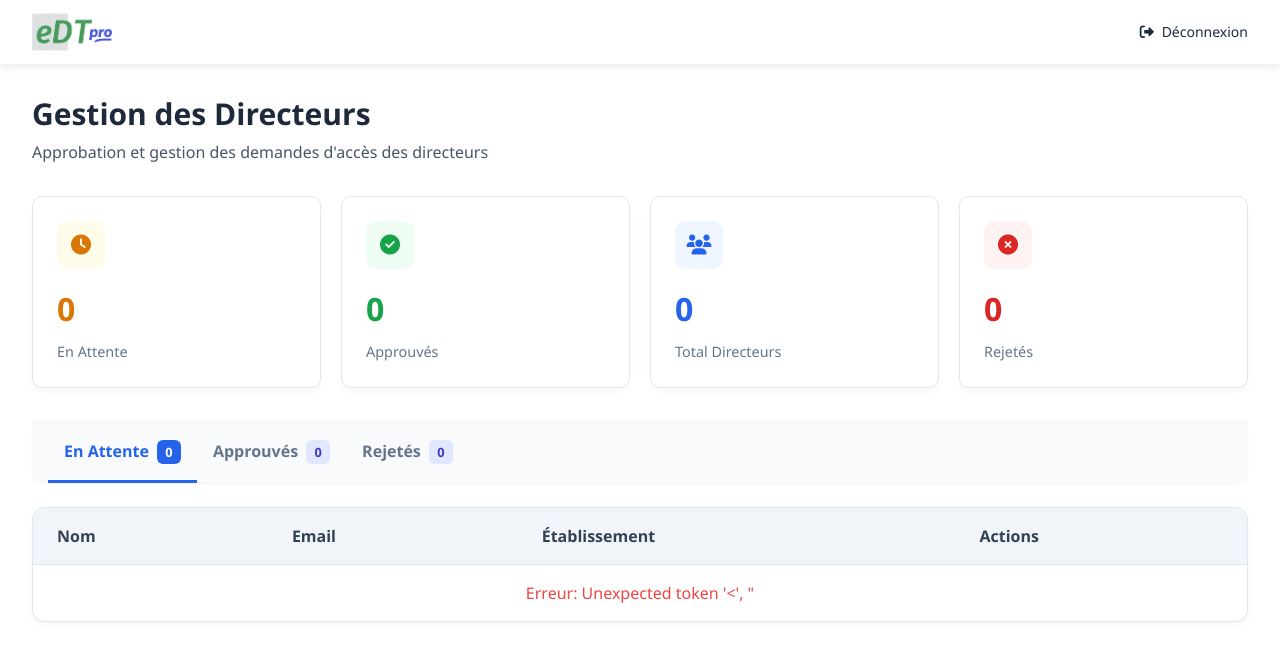
Repository: Mouad-git/edtpro
Page: gestion_edt/public/admin_dashboard.html
These files come from the project's save history. The page is drawn as it stood at one moment and after the next save; the edit follows.
The browser window is 1280 px wide. The pictures show the whole page.
Some web libraries are served in a nearby version.

Above is the page before, as saved 2025-08-08 18:35:47.

### gestion_edt/public/admin_dashboard.html
<!DOCTYPE html>
<html lang="fr">
<head>
    <meta charset="UTF-8">
    <meta name="viewport" content="width=device-width, initial-scale=1.0">
    <title>Tableau de Bord Administrateur</title>
    <script src="https://cdn.tailwindcss.com"></script>
    <link rel="stylesheet" href="https://cdnjs.cloudflare.com/ajax/libs/font-awesome/6.4.0/css/all.min.css"/>
    <style>
        :root {
            --primary: #2563eb; --primary-light: #dbeafe; --secondary: #64748b;
            --success: #16a34a; --danger: #dc2626; --warning: #d97706; --background: #f8fafc;
        }
        body { background-color: white; font-family: 'Segoe UI', system-ui, sans-serif; color: #1e293b; }

        .tabs-container { background-color: #f8fafc; padding: 0 1rem; }
        .tab-button {
            padding: 1rem; font-weight: 600; color: #64748b;
            border-bottom: 3px solid transparent; transition: all 0.2s ease;
            position: relative; background: none; border-top: 3px solid transparent;
            border-left: none; border-right: none; cursor: pointer; font-size: 1rem;
        }
        .tab-button:hover { color: var(--primary); background-color: #f1f5f9; }
        .tab-button.active { color: var(--primary); border-bottom-color: var(--primary); }
        .tab-button .badge {
            background: #e0e7ff; color: #4338ca; border-radius: 6px;
            width: auto; min-width: 24px; height: 24px; padding: 0 6px;
            font-size: 0.8rem; display: inline-flex; align-items: center; justify-content: center;
            margin-left: 8px;
        }
        .tab-button.active .badge { background-color: var(--primary); color: white; }

        .tab-content { display: none; }
        .tab-content.active { display: block; animation: fadeIn 0.4s ease; }
        @keyframes fadeIn { from { opacity: 0; transform: translateY(10px); } to { opacity: 1; transform: translateY(0); } }

        .card { background: white; border-radius: 12px; box-shadow: 0 4px 6px rgba(0, 0, 0, 0.03); overflow: hidden; border: 1px solid #e2e8f0; }
        .table { width: 100%; border-collapse: separate; border-spacing: 0; }
        .table th { background-color: #f1f5f9; color: #334155; font-weight: 600; padding: 1rem 1.5rem; text-align: left; border-bottom: 1px solid #e2e8f0; }
        .table td { padding: 1rem 1.5rem; border-bottom: 1px solid #e2e8f0; }
        .table tr:last-child td { border-bottom: none; }
        .table tr:hover { background-color: #f8fafc; }

        .btn { padding: 0.5rem 1rem; border-radius: 6px; font-weight: 500; font-size: 0.875rem; display: inline-flex; align-items: center; gap: 0.3rem; cursor: pointer; border: 1px solid transparent; transition: all 0.2s; }
        .btn-success { background-color: var(--success); color: white; }
        .btn-success:hover { background-color: #15803d; }
        .btn-danger { background-color: var(--danger); color: white; }
        .btn-danger:hover { background-color: #b91c1c; }
        .btn-outline { background-color: transparent; border: 1px solid #cbd5e1; color: #475569; }
        .btn-outline:hover { background-color: #f1f5f9; border-color: #94a3b8; }

        .status-badge { display: inline-flex; align-items: center; padding: 0.25rem 0.75rem; border-radius: 20px; font-size: 0.75rem; font-weight: 500; }
        .badge-approved { background-color: #dcfce7; color: #166534; }

        .header-gradient { background: linear-gradient(135deg, #0f172a, #1e40af); color: white; }
        .empty-state { padding: 3rem; text-align: center; color: #94a3b8; }
        .empty-state i { font-size: 3rem; margin-bottom: 1rem; color: #e2e8f0; }

        .stats-card { background: white; border-radius: 10px; padding: 1.5rem; box-shadow: 0 4px 6px rgba(0, 0, 0, 0.03); border: 1px solid #e2e8f0; }
        .stats-card .value { font-size: 2rem; font-weight: 700; margin-bottom: 0.5rem; }
        .stats-card .title { color: #64748b; font-size: 0.9rem; }
        .stats-card .icon { width: 48px; height: 48px; border-radius: 10px; display: flex; align-items: center; justify-content: center; margin-bottom: 1rem; }
        .pending .icon { background: #fffbeb; color: #d97706; }
        .approved .icon { background: #f0fdf4; color: #16a34a; }
        .rejected .icon { background: #fef2f2; color: #dc2626; }

        nav{
            box-shadow: 0 2px 10px rgba(0, 0, 0, 0.1);
        }

        .logout-btn {
            background: linear-gradient(135deg, #ef4444, #dc2626);
            color: white;
            padding: 0.75rem 1.5rem;
            border-radius: 8px;
            font-weight: 600;
            text-decoration: none;
            display: inline-flex;
            align-items: center;
            gap: 0.5rem;
            transition: all 0.3s ease;
            box-shadow: 0 4px 6px rgba(239, 68, 68, 0.2);
            border: 1px solid transparent;
        }

        .logout-btn:hover {
            background: linear-gradient(135deg, #dc2626, #b91c1c);
            transform: translateY(-2px);
            box-shadow: 0 6px 12px rgba(239, 68, 68, 0.3);
            color: white;
            text-decoration: none;
        }

        .logout-btn:active {
            transform: translateY(0);
            box-shadow: 0 2px 4px rgba(239, 68, 68, 0.2);
        }

        .logout-btn i {
            font-size: 1rem;
            transition: transform 0.3s ease;
        }

        .logout-btn:hover i {
            transform: translateX(2px);
        }
    </style>
</head>
<body>
    <nav>
        <div class="max-w-7xl mx-auto px-4 sm:px-6 lg:px-8">
            <div class="flex justify-between items-center h-16">
                <img src="assets/images/logo_edtpro.png" style="height: 80px; width: auto;" id="logo" alt="Logo">
                <div><a href="../api/auth/logout.php" class="flex items-center text-sm font-medium text-black-100 hover:text-red-500 transition"><i class="fas fa-sign-out-alt mr-2"></i>Déconnexion</a></div>
            </div>
        </div>
    </nav>

    <div class="max-w-7xl mx-auto p-4 sm:p-6 lg:p-8">
        <div class="mb-8"><h1 class="text-2xl md:text-3xl font-bold text-slate-800">Gestion des Directeurs</h1><p class="text-slate-600 mt-2">Approbation et gestion des demandes d'accès des directeurs</p></div>

        <div class="grid grid-cols-1 md:grid-cols-2 lg:grid-cols-4 gap-5 mb-8">
            <div class="stats-card pending"><div class="icon"><i class="fas fa-clock text-xl"></i></div><div id="stat-pending" class="value text-amber-600">0</div><div class="title">En Attente</div></div>
            <div class="stats-card approved"><div class="icon"><i class="fas fa-check-circle text-xl"></i></div><div id="stat-approved" class="value text-green-600">0</div><div class="title">Approuvés</div></div>
            <div class="stats-card"><div class="icon bg-blue-50 text-blue-600"><i class="fas fa-users text-xl"></i></div><div id="stat-total" class="value text-blue-600">0</div><div class="title">Total Directeurs</div></div>
            <div class="stats-card rejected"><div class="icon"><i class="fas fa-times-circle text-xl"></i></div><div id="stat-rejected" class="value text-red-600">0</div><div class="title">Rejetés</div></div>
        </div>

        <div class="bg-white rounded-xl shadow-sm mb-6">
            <div class="tabs-container flex overflow-x-auto" id="admin-tabs">
                <button class="tab-button active" data-target="panel-pending">En Attente<span id="badge-pending" class="badge">0</span></button>
                <button class="tab-button" data-target="panel-approved">Approuvés<span id="badge-approved" class="badge">0</span></button>
                <button class="tab-button" data-target="panel-rejected">Rejetés<span id="badge-rejected" class="badge">0</span></button>
            </div>
        </div>

        <div>
            <div id="panel-pending" class="tab-content active">
                <div class="card"><div class="overflow-x-auto"><table class="table">
                    <thead><tr><th>Nom</th><th>Email</th><th>Établissement</th><th class="text-center">Actions</th></tr></thead>
                    <tbody id="pending-users-table"></tbody>
                </table></div></div>
            </div>
            <div id="panel-approved" class="tab-content">
                <div class="card"><div class="overflow-x-auto"><table class="table">
                    <thead><tr><th>Nom</th><th>Email</th><th>Établissement</th><th class="text-center">Statut</th></tr></thead>
                    <tbody id="approved-users-table"></tbody>
                </table></div></div>
            </div>
            <div id="panel-rejected" class="tab-content">
                <div class="card"><div class="overflow-x-auto"><table class="table">
                    <thead><tr><th>Nom</th><th>Email</th><th>Établissement</th><th class="text-center">Actions</th></tr></thead>
                    <tbody id="rejected-users-table"></tbody>
                </table></div></div>
            </div>
        </div>
    </div>

    <script>
        document.addEventListener('DOMContentLoaded', checkAdminSession);

        async function checkAdminSession() {
            try {
                const response = await fetch('../api/auth/verify_admin_session.php');
                if (!response.ok) { window.location.href = 'login.html'; return; }
                loadAllUsers();
                setupTabNavigation();
            } catch (error) { window.location.href = 'login.html'; }
        }

        async function loadAllUsers() {
            const tables = {
                pending: document.getElementById('pending-users-table'),
                approved: document.getElementById('approved-users-table'),
                rejected: document.getElementById('rejected-users-table'),
            };
            const loadingRow = (cols) => `<tr><td colspan="${cols}" class="px-6 py-4 text-center">Chargement...</td></tr>`;
            tables.pending.innerHTML = loadingRow(4);
            tables.approved.innerHTML = loadingRow(4);
            tables.rejected.innerHTML = loadingRow(4);

            try {
                const response = await fetch('../api/admin/get_all_users.php');
                const result = await response.json();

                if (result.success) {
                    const pending = result.data.filter(u => u.status === 'pending');
                    const approved = result.data.filter(u => u.status === 'approved');
                    const rejected = result.data.filter(u => u.status === 'rejected');

                    updateStatsAndBadges(pending, approved, rejected);
                    renderPendingTable(pending);
                    renderApprovedTable(approved);
                    renderRejectedTable(rejected);
                } else { throw new Error(result.message); }
            } catch (error) {
                const errorRow = `<tr><td colspan="4" class="px-6 py-4 text-center text-red-500">Erreur: ${error.message}</td></tr>`;
                Object.values(tables).forEach(t => t.innerHTML = errorRow);
            }
        }

        function updateStatsAndBadges(pending, approved, rejected) {
            document.getElementById('stat-pending').textContent = pending.length;
            document.getElementById('stat-approved').textContent = approved.length;
            document.getElementById('stat-rejected').textContent = rejected.length;
            document.getElementById('stat-total').textContent = pending.length + approved.length + rejected.length;

            document.getElementById('badge-pending').textContent = pending.length;
            document.getElementById('badge-approved').textContent = approved.length;
            document.getElementById('badge-rejected').textContent = rejected.length;
        }

        function renderPendingTable(users) {
            const tableBody = document.getElementById('pending-users-table');
            if (users.length === 0) { tableBody.innerHTML = '<tr><td colspan="4" class="empty-state"><i class="fas fa-inbox"></i><p>Aucune demande en attente.</p></td></tr>'; return; }
            tableBody.innerHTML = '';
            users.forEach(user => {
                const row = `
                    <tr class="hover:bg-gray-50">
                        <td class="font-medium">${user.nom_complet}</td><td>${user.email}</td><td>${user.nom_etablissement}</td>
                        <td class="text-center"><div class="flex justify-center space-x-2">
                            <button onclick="updateUserStatus(${user.id}, 'approved')" class="btn btn-success"><i class="fas fa-check mr-1"></i>Approuver</button>
                            <button onclick="updateUserStatus(${user.id}, 'rejected')" class="btn btn-danger"><i class="fas fa-times mr-1"></i>Rejeter</button>
                        </div></td>
                    </tr>`;
                tableBody.innerHTML += row;
            });
        }

        function renderApprovedTable(users) {
             const tableBody = document.getElementById('approved-users-table');
             if (users.length === 0) { tableBody.innerHTML = '<tr><td colspan="4" class="empty-state"><i class="fas fa-user-check"></i><p>Aucun directeur approuvé.</p></td></tr>'; return; }
             tableBody.innerHTML = '';
             users.forEach(user => {
                const row = `
                    <tr>
                        <td class="font-medium">${user.nom_complet}</td><td>${user.email}</td><td>${user.nom_etablissement}</td>
                        <td class="text-center"><span class="status-badge badge-approved"><i class="fas fa-check-circle mr-1"></i>Approuvé</span></td>
                    </tr>`;
                tableBody.innerHTML += row;
             });
        }

        function renderRejectedTable(users) {
            const tableBody = document.getElementById('rejected-users-table');
            if (users.length === 0) { tableBody.innerHTML = '<tr><td colspan="4" class="empty-state"><i class="fas fa-user-times"></i><p>Aucune inscription rejetée.</p></td></tr>'; return; }
            tableBody.innerHTML = '';
            users.forEach(user => {
                const row = `
                     <tr>
                        <td class="font-medium">${user.nom_complet}</td><td>${user.email}</td><td>${user.nom_etablissement}</td>
                        <td class="text-center"><div class="flex justify-center space-x-2">
                            <button onclick="updateUserStatus(${user.id}, 'approved')" class="btn btn-success"><i class="fas fa-redo-alt mr-1"></i>Ré-approuver</button>
                            <button onclick="updateUserStatus(${user.id}, 'deleted')" class="btn btn-outline"><i class="fas fa-trash-alt mr-1"></i>Supprimer</button>
                        </div></td>
                    </tr>`;
                tableBody.innerHTML += row;
            });
        }

        async function updateUserStatus(userId, status) {
            const actions = { 'approved': 'approuver', 'rejected': 'rejeter', 'deleted': 'supprimer définitivement' };
            if (!confirm(`Êtes-vous sûr de vouloir ${actions[status]} cet utilisateur ?`)) return;
            try {
                const response = await fetch('../api/admin/update_user_status.php', {
                    method: 'POST',
                    headers: { 'Content-Type': 'application/json' },
                    body: JSON.stringify({ user_id: userId, new_status: status })
                });
                const result = await response.json();
                if (result.success) {
                    alert(`Utilisateur ${status === 'deleted' ? 'supprimé' : actions[status]} avec succès.`);
                    loadAllUsers();
                } else {
                    alert("Erreur: " + (result.message || "Impossible de mettre à jour le statut."));
                }
            } catch (error) { alert("Une erreur de communication est survenue."); }
        }

        function setupTabNavigation() {
            const tabsContainer = document.getElementById('admin-tabs');
            tabsContainer.addEventListener('click', (e) => {
                const targetButton = e.target.closest('.tab-button');
                if (targetButton) {
                    tabsContainer.querySelectorAll('.tab-button').forEach(btn => btn.classList.remove('active'));
                    targetButton.classList.add('active');
                    const targetId = targetButton.dataset.target;
                    document.querySelectorAll('.tab-content').forEach(panel => {
                        panel.classList.toggle('active', panel.id === targetId);
                    });
                }
            });
        }
    </script>
</body>
</html>

After the next save:
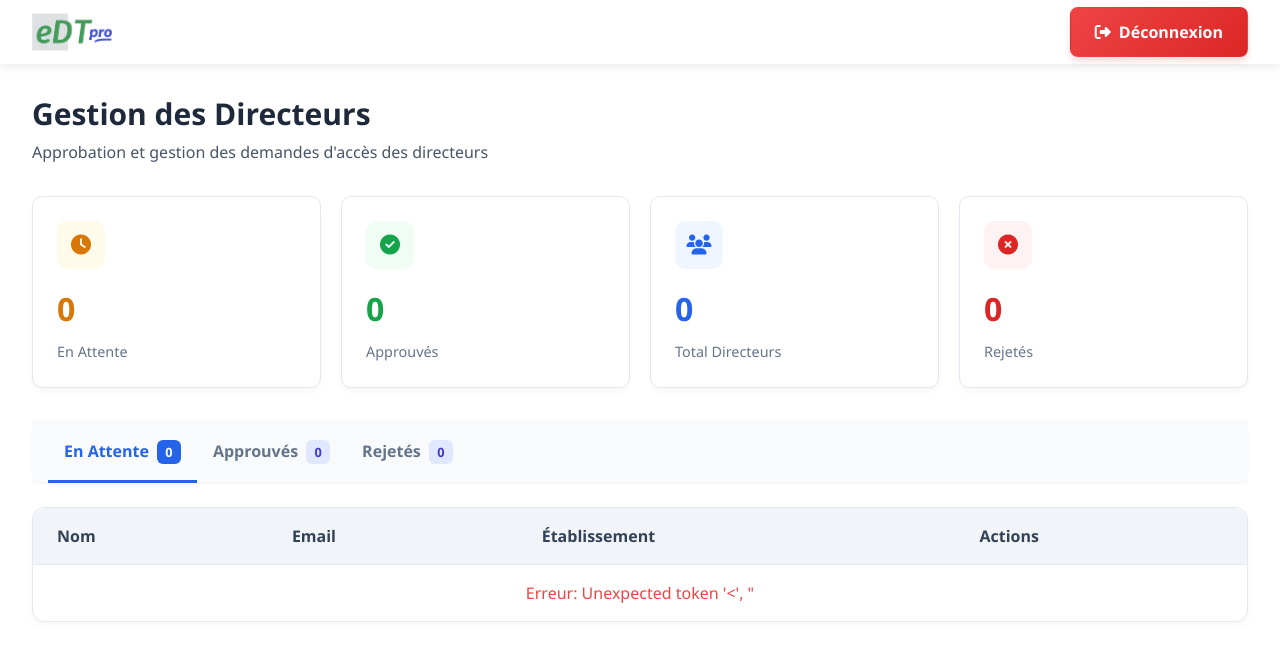
Saved 7 s later.
--- a/gestion_edt/public/admin_dashboard.html
+++ b/gestion_edt/public/admin_dashboard.html
@@ -111,7 +111,7 @@
         <div class="max-w-7xl mx-auto px-4 sm:px-6 lg:px-8">
             <div class="flex justify-between items-center h-16">
                 <img src="assets/images/logo_edtpro.png" style="height: 80px; width: auto;" id="logo" alt="Logo">
-                <div><a href="../api/auth/logout.php" class="flex items-center text-sm font-medium text-black-100 hover:text-red-500 transition"><i class="fas fa-sign-out-alt mr-2"></i>Déconnexion</a></div>
+                <div><a href="../api/auth/logout.php" class="logout-btn"><i class="fas fa-sign-out-alt"></i>Déconnexion</a></div>
             </div>
         </div>
     </nav>
